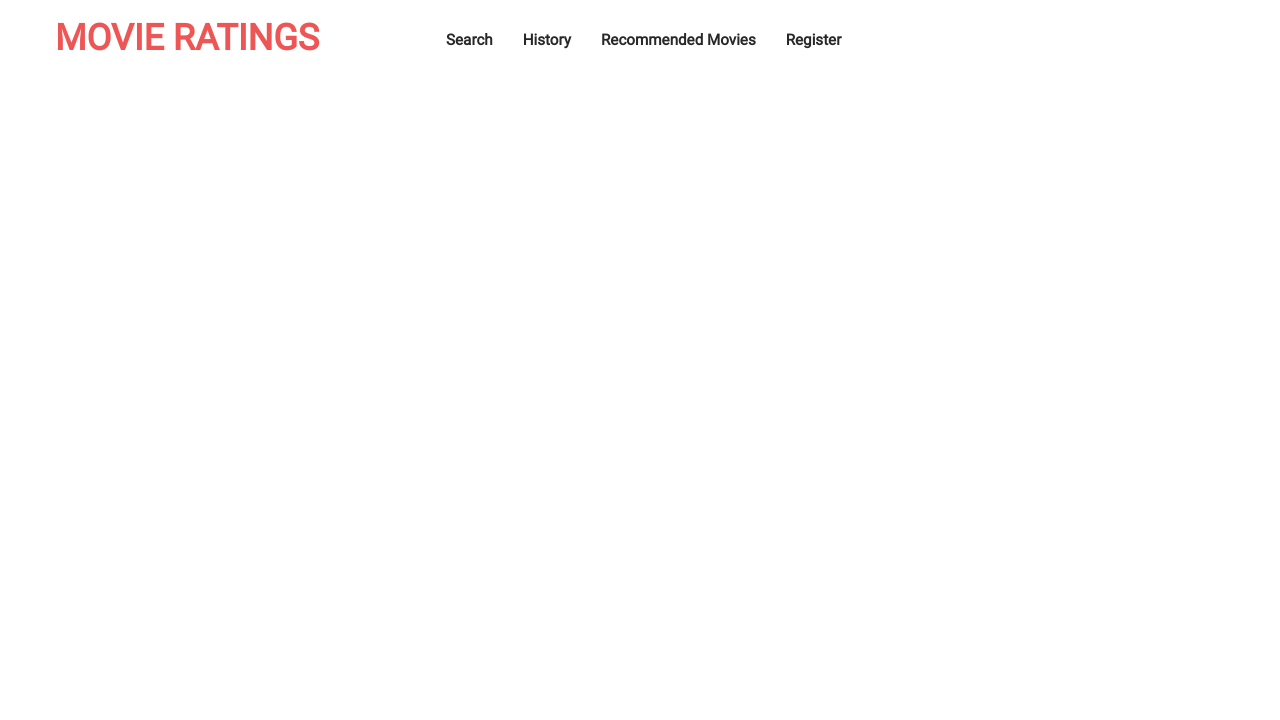
Repository: kil23/MovieRatingPrediction
Page: http://localhost/MovieRatingPrediction/pages/demo.jsp
These files come from the project's save history. The page is drawn as it stood at one moment and after the next save; the edit follows.
The browser window is 1280 px wide. The pictures show the whole page.
The page is served by Tomcat 9. Other server files are loaded and not shown.

Above is the page before, as saved 2018-03-28 06:34:53.

### MovieRatingPrediction/WebContent/pages/demo.jsp
<%@ page language="java" contentType="text/html; charset=ISO-8859-1"
    pageEncoding="ISO-8859-1"%>
<!DOCTYPE html PUBLIC "-//W3C//DTD HTML 4.01 Transitional//EN" "http://www.w3.org/TR/html4/loose.dtd">
<html>
<jsp:include page="../tiles/header.jsp"></jsp:include>
<body>
<jsp:include page="../tiles/topbar.jsp"></jsp:include>






</body>
</html>

### MovieRatingPrediction/WebContent/tiles/header.jsp
<%@ page language="java" contentType="text/html; charset=ISO-8859-1"
    pageEncoding="ISO-8859-1"%>
<!DOCTYPE html PUBLIC "-//W3C//DTD HTML 4.01 Transitional//EN" "http://www.w3.org/TR/html4/loose.dtd">
<html>
<head>
<title>Future Movie Rating Prediction</title>
<meta name="viewport" content="width=device-width, initial-scale=1">
<meta http-equiv="Content-Type" content="text/html; charset=utf-8" />
<meta name="keywords" content="Motive Mag Responsive web template, Bootstrap Web Templates, Flat Web Templates, Andriod Compatible web template,
Smartphone Compatible web template, free webdesigns for Nokia, Samsung, LG, SonyErricsson, Motorola web design" />
<script type="application/x-javascript"> addEventListener("load", function() { setTimeout(hideURLbar, 0); }, false); function hideURLbar(){ window.scrollTo(0,1); } </script>
<link href="<%=request.getContextPath()%>/theme/css/bootstrap-3.1.1.min.css" rel="stylesheet" type="text/css">
<!-- Custom Theme files -->
<link href="<%=request.getContextPath()%>/theme/css/owl.carousel.css" rel="stylesheet" type="text/css" media="all" />
<link href="<%=request.getContextPath()%>/theme/css/style.css" rel='stylesheet' type='text/css' />
<script src="<%=request.getContextPath()%>/theme/js/jquery.min.js"> </script>
<script type="text/javascript" src="<%=request.getContextPath()%>/theme/js/move-top.js"></script>
<script type="text/javascript" src="<%=request.getContextPath()%>/theme/js/easing.js"></script>
<link rel="stylesheet" href="<%=request.getContextPath()%>/theme/css/flexslider.css" type="text/css" media="screen" />
<link rel="stylesheet" href="<%=request.getContextPath()%>/tiles/looks.css" type="text/css" media="screen" />
<!--/script-->
<script type="text/javascript">
			jQuery(document).ready(function($) {
				$(".scroll").click(function(event){
					event.preventDefault();
					$('html,body').animate({scrollTop:$(this.hash).offset().top},900);
				});
			});
</script>
<style type="text/css">
.main-content {
    padding: 3em 0;
    background-color: #94d5ff;
    border-bottom-width: 50px;
/*     border-bottom-style: solid; */
}
.body{
	background-color: #94d5ff;
}
</style>
</head>
<body>

</body>
</html>

### MovieRatingPrediction/WebContent/tiles/topbar.jsp
<%@page import="com.helper.UserModel"%>
<%@ page language="java" contentType="text/html; charset=ISO-8859-1"
    pageEncoding="ISO-8859-1"%>
<!DOCTYPE html PUBLIC "-//W3C//DTD HTML 4.01 Transitional//EN" "http://www.w3.org/TR/html4/loose.dtd">
<html>
<head>

<style type="text/css">
.bgimg-1 {
<%--     background-image: url("<%=request.getContextPath()%>/theme/bg1.jpg"); --%>
    height: 100%;
}


padding-top: 0.7em;padding-bottom: 0.7em;
</style>

</head>
<body class="bgimg-1">

<%
boolean isAdmin=false;
UserModel um= null;
if(session.getAttribute("USER_MODEL")!=null){
	um=(UserModel)session.getAttribute("USER_MODEL");
	String user=um.getUsername();
	if(user.indexOf("admin")!=-1){
		isAdmin=true;
	}
}


%>
<div class="header" id="home">
	 <div class="content white" style="padding-top: 0.7em;padding-bottom: 0.7em;">
		<nav class="navbar navbar-default" role="navigation">
		   <div class="container">
			<div class="navbar-header">
				<button type="button" class="navbar-toggle" data-toggle="collapse" data-target="#bs-example-navbar-collapse-1">
					<span class="sr-only">Toggle navigation</span>
					<span class="icon-bar"></span>
					<span class="icon-bar"></span>
					<span class="icon-bar"></span>
				</button>
				<a class="navbar-brand" href="index.html"><h1><span> Movie ratings</span></h1> </a>
			</div>
			<!--/.navbar-header-->

			<div class="collapse navbar-collapse" id="bs-example-navbar-collapse-1">
				<ul class="nav navbar-nav">
					<li><a href="<%=request.getContextPath()%>/pages/search.jsp">Search</a></li>
					<li class="divider"></li>
					<li><a href="<%=request.getContextPath()%>/pages/SearchHistory.jsp">History</a></li>
					<li class="divider"></li>
					<li><a href="<%=request.getContextPath()%>/pages/Recommendation.jsp">Recommended Movies</a></li>
					<li class="divider"></li>
					<%if(isAdmin){ %>
					<li><a href="SVM.jsp">SVM Analysis</a></li>
					<%} %>
					<li class="divider"></li>
<%-- 					<li><a href="<%=request.getContextPath()%>/pages/login.jsp">Login</a></li> --%>
					<li class="divider"></li>

					<%if(um==null){ %>
						<li><a href="<%=request.getContextPath()%>/pages/register.jsp">Register</a></li>
					<%}else{ %>
						<li><a href="<%=request.getContextPath()%>/tiles/ajax.jsp?methodId=logout">Logout</a></li>
					<%} %>

				</ul>
			</div>
			<!--/.navbar-collapse-->
	 <!--/.navbar-->
     </div>
	</nav>
  </div>
 </div>

</body>
</html>

### MovieRatingPrediction/WebContent/theme/css/flexslider.css
/*
 * jQuery FlexSlider v2.0
 * http://www.woothemes.com/flexslider/
 *
 * Copyright 2012 WooThemes
 * Free to use under the GPLv2 license.
 * http://www.gnu.org/licenses/gpl-2.0.html
 *
 * Contributing author: Tyler Smith (@mbmufffin)
 */
/* Browser Resets */
.flex-container a:active,
.flexslider a:active,
.flex-container a:focus,
.flexslider a:focus  {outline: none;}
.slides,
.flex-control-nav,
.flex-direction-nav {margin: 0; padding: 0; list-style: none;}

/* FlexSlider Necessary Styles
*********************************/
.flexslider {margin: 0; padding: 0;}
.flexslider .slides > li {display: none; -webkit-backface-visibility: hidden;} /* Hide the slides before the JS is loaded. Avoids image jumping */
.flexslider .slides img {width: 100%; display: block;}
.flex-pauseplay span {text-transform: capitalize;}

/* Clearfix for the .slides element */
.slides:after {content: "."; display: block; clear: both; visibility: hidden; line-height: 0; height: 0;}
html[xmlns] .slides {display: block;}

/* No JavaScript Fallback */
/* If you are not using another script, such as Modernizr, make sure you
 * include js that eliminates this class on page load */
.no-js .slides > li:first-child {display: block;}


/* FlexSlider Default Theme
*********************************/
.flexslider {margin: 0 0 0px; background: #fff; position: relative; -webkit-border-radius: 4px; -moz-border-radius: 4px; -o-border-radius: 4px; border-radius: 4px; ,0,0,.2); zoom: 1;}
.flex-viewport {max-height:1500px; -webkit-transition: all 1s ease; -moz-transition: all 1s ease; transition: all 1s ease;}
.loading .flex-viewport {max-height: 300px;}
.flexslider .slides {zoom: 1;}
.carousel li {margin-right: 5px}
/* Direction Nav */
.flex-direction-nav a {width: 30px; height: 30px; margin: -20px 0 0; display: block; background: url(../images/bg_direction_nav.png) no-repeat 0 0; position: absolute; top: 50%; cursor: pointer; text-indent: -9999px; opacity: 0; -webkit-transition: all .3s ease;}
.flex-direction-nav .flex-next {background-position: 100% 0; right: -36px; }
.flex-direction-nav .flex-prev {left: -36px;}
.flexslider:hover .flex-next {opacity: 0.8; right: 5px;}
.flexslider:hover .flex-prev {opacity: 0.8; left: 5px;}
.flexslider:hover .flex-next:hover, .flexslider:hover .flex-prev:hover {opacity: 1;}
.flex-direction-nav .disabled {opacity: .3!important; filter:alpha(opacity=30); cursor: default;}

/* Control Nav */
.flex-control-nav {width: 100%; position: absolute; bottom: -40px; text-align: center;display:block;}
.flex-control-nav li {margin: 0 6px; display: inline-block; zoom: 1; *display: inline;}
.flex-control-paging li a {width: 11px; height: 11px; display: block;  background: #C5C5C5; cursor: pointer; text-indent: -9999px; -webkit-border-radius: 20px; -moz-border-radius: 20px; -o-border-radius: 20px; border-radius: 20px; box-shadow: inset 0 0 3px rgba(0,0,0,0.3);}
.flex-control-paging li a:hover { background: #2DBEEA; }
.flex-control-paging li a.flex-active { background: #2DBEEA; cursor: default; }

.flex-control-thumbs {margin: 5px 0 0; position: static; overflow: hidden;}
.flex-control-thumbs li {width: 25%; float: left; margin: 0;}
.flex-control-thumbs img {width: 100%; display: block; opacity: .7; cursor: pointer;}
.flex-control-thumbs img:hover {opacity: 1;}
.flex-control-thumbs .active {opacity: 1; cursor: default;}

@media screen and (max-width: 860px) {
  .flex-direction-nav .flex-prev {opacity: 1; left: 0;}
  .flex-direction-nav .flex-next {opacity: 1; right: 0;}
}
@media screen and (max-width: 800px) {
}
@media screen and (max-width: 320px) {
	.flex-control-paging li a {
		width: 9px;
		height: 9px;
	}
}

### MovieRatingPrediction/WebContent/tiles/looks.css

th.sorted {
    background-color: #ff8080;
}
th a, th a:visited {
  color: black;
}
th a:hover {
  text-decoration: underline;
  color: black;
}
th.sorted a, th.sortable a {
	background-position: right;
	display: block;
	width: 100%;
}
th.sortable a {
	background-image: url(../img/arrow_off.png);
}
th.order1 a {
	background-image: url(../img/arrow_down.png);
}
th.order2 a {
	background-image: url(../img/arrow_up.png);
}
tr.odd {
  background-color: #fff
  align : center;
}
tr.tableRowEven, tr.even {
  background-color: #fea
}

ul#showsource {
	float: right;
	background-color: #eee;
	border: 1px dotted #999;
	padding: 2px 4px 2px 4px;
	margin: 5px;
	width:100px;
	list-style-type: none;
}


/* test styles */
table.its thead tr {
  background-color: #69c;
}
table.its tr.even {
  background-color: #def;
}

table.mars thead tr {
  background-color: #9c9;
}
table.mars tr.even {
  background-color: #ccb;
}
table.mars tr.odd {
  background-color: #eec;
}
.styleBox{
	background-color:#eee;
	color: black;


	}

table.simple thead tr {
  background-color: #eee;
}
table.simple tr.even{
  background-color: #fff;

}
table.simple tr:hover{
  background-color: #FFFF8A;

}
table.simple tr.even:hover{
  background-color: #FFFF8A;

}
table.simple tr.odd:hover{
  background-color: #FFFF8A;

}


table.simple {
	border: 1px solid #ccc;
	border-collapse: collapse;
}
table.simple td,table.simple th{
	border: 1px solid #ccc;
}

table.nocol tbody td,table.nocol tbody th{
	border-left: none;
	border-right: none;
}

table.calib thead tr {
  background-color: #e6e6ff;
}

.highlight {
  background-color: #eeeeee;
}
table.calib tr.even {
  background-color: #dfdfff;
}
table.calib {
	border: 1px solid #e6e6ff;
	border-collapse: collapse;
}
table.calib td,table.calib th{
	border: 1px solid #e6e6ff;
}
table.calib td.textRed {color: #b11;}
th.sortedCalib {
    background-color: #8080ff;
}
span.pagebannerCalib {
	background-color: white;
	border: 1px dotted #999;
	padding: 2px 4px 2px 4px;
	width: 79%;
	margin-top: 10px;
	display:block;
	border-bottom: none;
}
span.pagelinksCalib {
	background-color: white;
	border: 1px dotted #999;
	padding: 2px 4px 2px 4px;
	width: 79%;
	display:block;
	border-top: none;
	margin-bottom: -5px;
}
div.exportlinksCalib {
	background-color: white;
	border: 1px dotted #999;
	padding: 2px 4px 2px 4px;
	margin: -10px 0 10px 0;
	width: 79%;
}

table.report td, table.report th{
	font:         menu;
}
table.report th{
	background:   buttonface;
	border-width: 1px;
	border-style: solid;
	border-color: threedhighlight threedshadow threedshadow threedhighlight;
	cursor:       hand;
}
table.report idcol {
	background: buttonface;
}

table.report tr.even{
	background-color: #399;
}
table.report tbody {
	height: 100px;
	overflow: auto;
}

table.report {
	height: 120px;
	overflow: auto;
}

table.report tbody tr{
	height: 10px;
}





table.mark td.tableCellError {
	background-color: #d00;
	color: #fff;
}

table.sublist {
	margin: 0 0 0 0;
	width: 100%;
}
table.sublist td, table.sublist th {
	width: 50%;
}

div.exportlinks {
	text-align:left;


	border: 1px dotted #999;
	padding: 2px 4px 2px 4px;
	margin: -10px 0 10px 0;
	width: 70%;
}

span.export {
	padding: 0 4px 1px 20px;
	display:inline; display:inline-block;
	cursor: pointer;
}

span.excel {
	background-image: url(../img/ico_file_excel.png);
}
span.csv {
	background-image: url(../img/ico_file_csv.png);
}
span.xml {
	background-image: url(../img/ico_file_xml.png);
}

span.pagebanner {

	border: 1px dotted #999;
	padding: 2px 4px 2px 4px;
	width: 70%;
	margin-top: 10px;
	display:block;
	border-bottom: none;
}

span.pagelinks {

	border: 1px dotted #999;
	padding: 2px 4px 2px 4px;
	width: 70%;
	display:block;
	border-top: none;
	margin-bottom: 5px;
}

table.simple td.textRed {color: #b11;}

### MovieRatingPrediction/WebContent/tiles/footer.jsp
<%@ page language="java" contentType="text/html; charset=ISO-8859-1"
    pageEncoding="ISO-8859-1"%>
<!DOCTYPE html PUBLIC "-//W3C//DTD HTML 4.01 Transitional//EN" "http://www.w3.org/TR/html4/loose.dtd">
<html>
<head>

</head>
<body>
<div class="copyright" style="position: fixed;
bottom: 0;
width: 100%;">
						  <p>© 2018 Movie Rating Prediction</p>
					</div>
</body>
</html>

Loaded but not shown: MovieRatingPrediction/WebContent/theme/css/bootstrap-3.1.1.min.css (library); MovieRatingPrediction/WebContent/theme/css/owl.carousel.css (library); MovieRatingPrediction/WebContent/theme/js/jquery.min.js (library); MovieRatingPrediction/WebContent/theme/js/easing.js (140 lines, source omitted); MovieRatingPrediction/WebContent/theme/js/move-top.js (5 lines, source omitted); MovieRatingPrediction/WebContent/theme/css/style.css (2594 lines, source omitted)

After the next save:
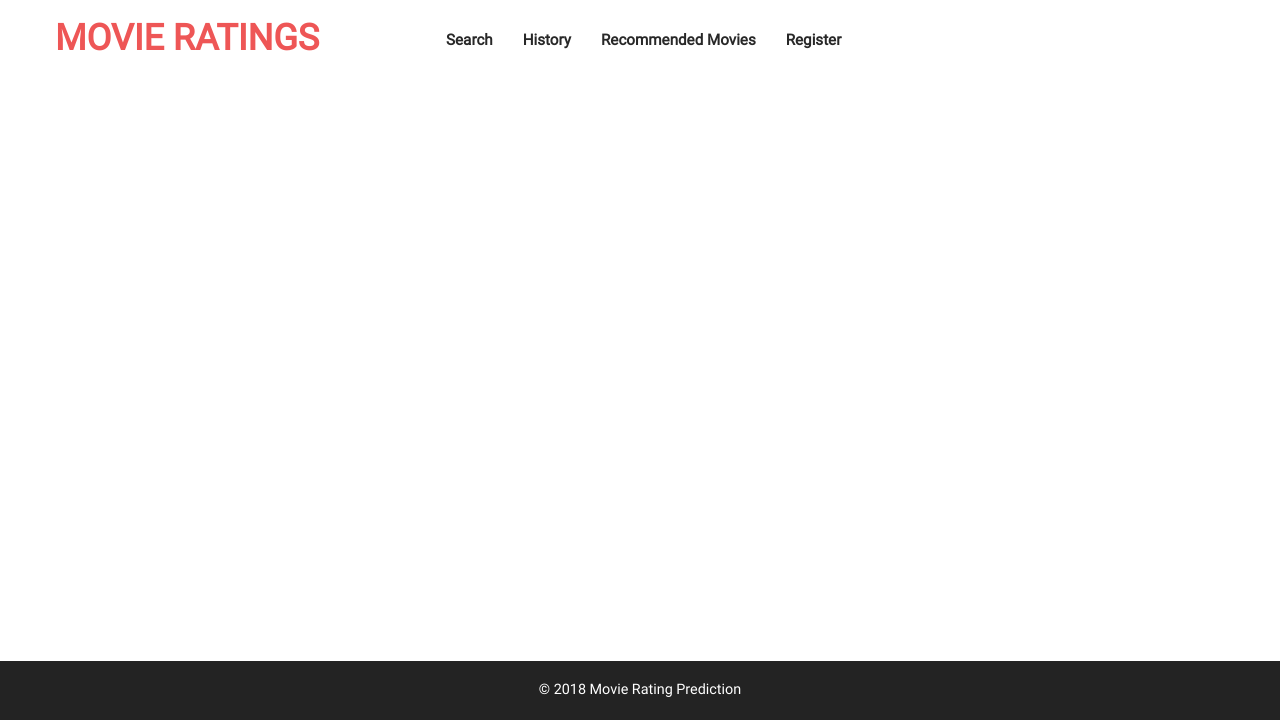
Saved 2 min 56 s later.
--- a/MovieRatingPrediction/WebContent/pages/demo.jsp
+++ b/MovieRatingPrediction/WebContent/pages/demo.jsp
@@ -10,6 +10,6 @@
 
 
 
-
+<jsp:include page="../tiles/footer.jsp"></jsp:include>
 </body>
 </html>
